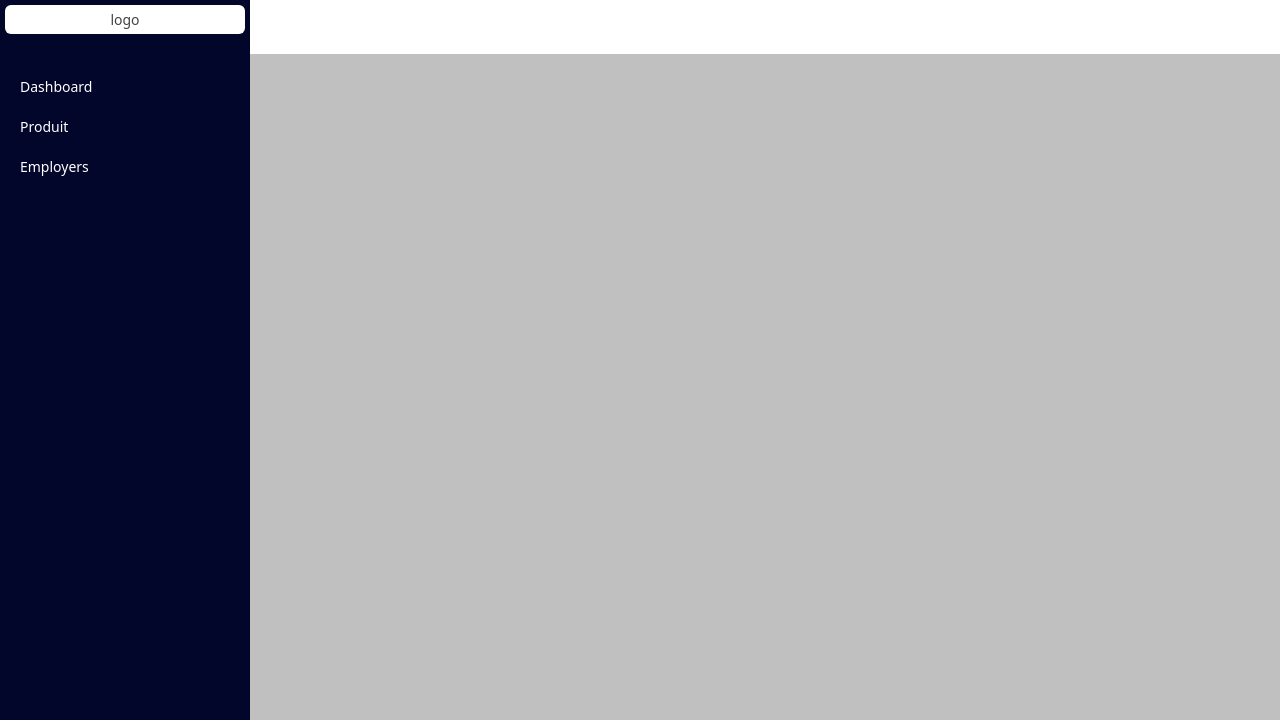
Repository: zpaulange/task_manager
Page: dashboard/index.html
These files come from the project's save history. The page is drawn as it stood at one moment and after a run of saves; the edit follows.
The browser window is 1280 px wide. The pictures show the whole page.

Above is the page before, as saved 2025-03-06 10:40:49.

After the next 4 saves:
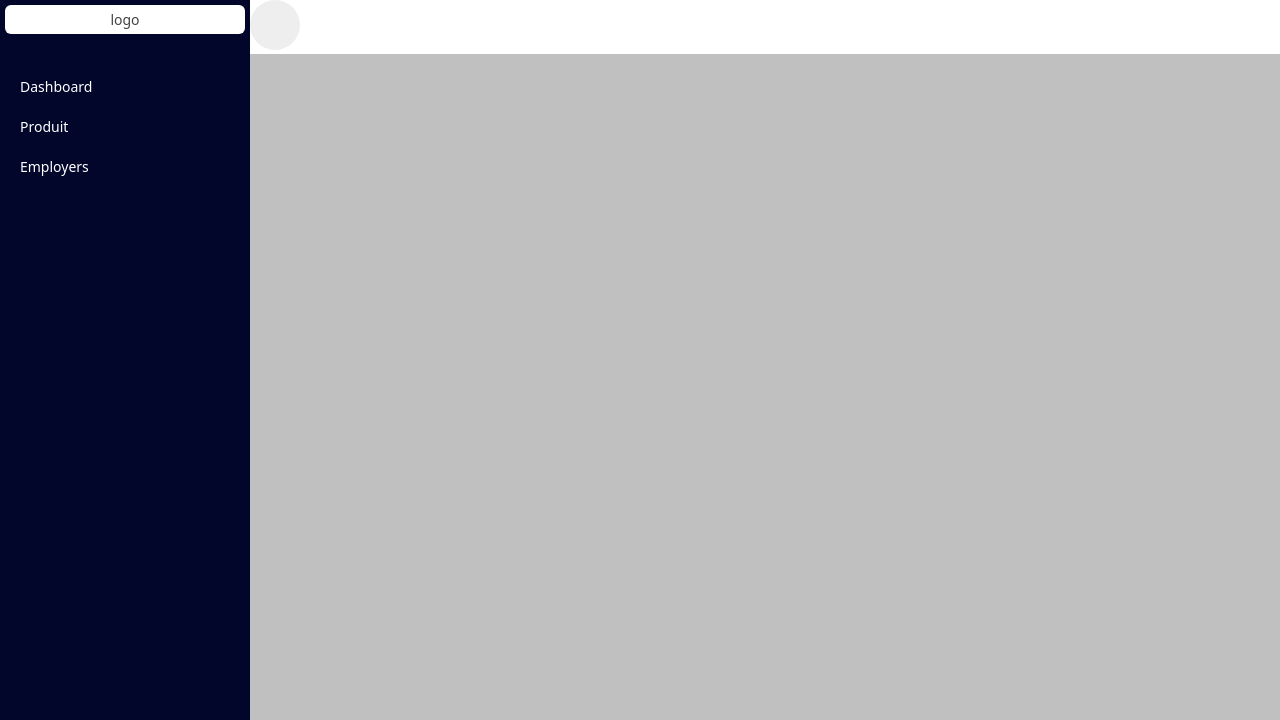
The 4 saves are shown as one change because they came seconds apart.
The last was saved 12 s later.
--- a/assets/styles/dashboard/style.css
+++ b/assets/styles/dashboard/style.css
@@ -74,5 +74,6 @@ ul li{
   display: inline-block;
   height:50px;
   width: 50px;
-  border-r
+  border-radius:50%;
+  background-color: #eee;
 }
